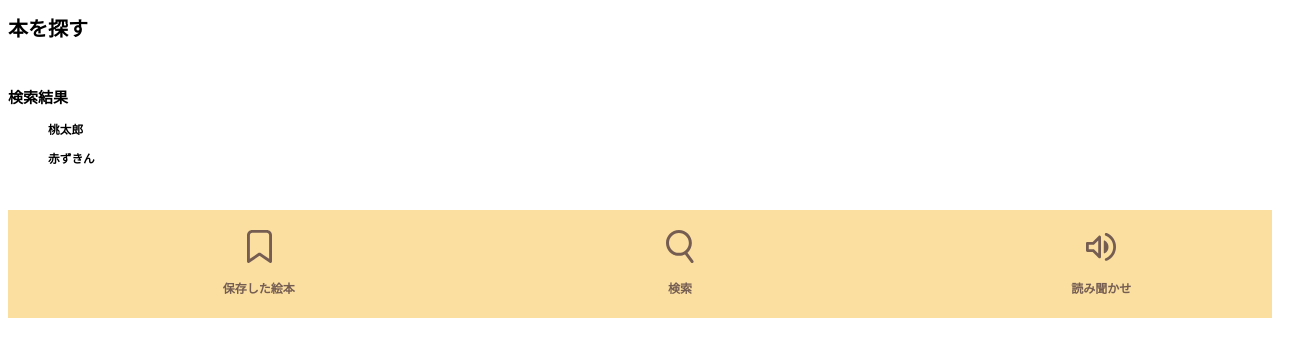
Repository: kmii12/2024-teampj
Page: /result
These files come from the project's save history. The page is drawn as it stood at one moment and after a run of saves; the edit follows.
The browser window is 1280 px wide. The page is 1312 px wide, so the pictures cover 1312 px, including what lies to the right of the window. The pictures show the whole page.
Some web fonts or font styles are not loaded; a fallback is used. The project was rebuilt for these pictures with package versions that can differ from the ones it lists, and the page was loaded fresh each time. The framework's server and built-in components were replaced by stand-ins that run in the browser. Also part of the build but not shown: next.config.mjs.

Above is the page before, as saved 2024-10-23 09:58:41.

### src/app/result/page.tsx
"use client";

import Link from "next/link";
import styles from "./Result.module.scss";
import { usePathname } from "next/navigation";

export default function Result() {
  const pathname = usePathname();

  //ダミーデータ（あとからfirebaseから取得）
  const ResultDatas = [
    {
      id: 1,
      title: "桃太郎",
      writer: "不明",
      illustrator: "不明",
      livingThing: ["人間", "陸の生き物", "空の生き物"],
      mainCharacter: "桃太郎",
      character: [
        "桃太郎",
        "犬",
        "猿",
        "キジ",
        "鬼",
        "おじいさん",
        "おばあさん",
      ],
      genre: "昔話",
      location: "日本",
      hue: "不明",
      atmosphere: "",
      season: "不明",
    },
    {
      id: 2,
      title: "赤ずきん",
      writer: "不明",
      illustrator: "不明",
      livingThing: ["人間", "陸の生き物", "空の生き物"],
      mainCharacter: "赤ずきん",
      character: ["赤ずきん", "おばあさん", "オオカミ"],
      hue: "不明",
      atmosphere: ["かわいい", "怖い"],
      genre: "昔話",
      location: "海外",
      season: "不明",
    },
  ];
  return (
    <>
      <h1>本を探す</h1>

      <div className={styles.resultContainer}>
        <h2 className="resultTitle">検索結果</h2>
        <ul className={styles.resultList}>
          {ResultDatas.map((result) => (
            <li key={result.id} className={styles.resultListItem}>
              <h3 className="title">{result.title}</h3>
            </li>
          ))}
        </ul>
      </div>
    </>
  );
}

### src/app/globals.css
html {
  font-size: 62.5%;
}

body {
  font-family: "Zen Maru Gothic", serif;
}

a {
  color: inherit;
  text-decoration: none;
}

li {
  list-style-type: none;
}

### src/app/components/Footer.tsx
"use client";

import Link from "next/link";
import styles from "./Footer.module.scss";
import { usePathname } from "next/navigation";

export default function Footer() {
  const pathname = usePathname();

  return (
    <footer className={styles.footer}>
      <nav>
        <ul>
          <li>
            <Link
              href="/saved"
              className={pathname === "/saved" ? styles.active : ""}
            >
              <svg
                xmlns="http://www.w3.org/2000/svg"
                width="40"
                height="40"
                viewBox="0 0 40 40"
                fill="none"
              >
                <path
                  d="M31.5577 36C31.2643 35.9944 30.9782 35.9096 30.7308 35.7549L20.5 28.7589L10.2692 35.7549C10.0433 35.8898 9.78379 35.9611 9.51923 35.9611C9.25467 35.9611 8.99521 35.8898 8.76923 35.7549C8.54791 35.643 8.3604 35.4762 8.22542 35.271C8.09043 35.0658 8.01271 34.8295 8 34.5857V8.18571C8 6.81038 8.55718 5.49137 9.54895 4.51886C10.5407 3.54635 11.8859 3 13.2885 3H27.7115C29.1141 3 30.4593 3.54635 31.451 4.51886C32.4428 5.49137 33 6.81038 33 8.18571V34.5857C33.001 34.8425 32.9297 35.0945 32.7939 35.3141C32.6582 35.5337 32.4633 35.7123 32.2308 35.8303C32.0245 35.9413 31.793 35.9996 31.5577 36ZM20.5 25.6286C20.7947 25.6255 21.0833 25.7111 21.3269 25.8737L30.1154 31.8703V8.18571C30.1154 7.56056 29.8621 6.96101 29.4113 6.51896C28.9605 6.07691 28.3491 5.82857 27.7115 5.82857H13.2885C12.6509 5.82857 12.0395 6.07691 11.5887 6.51896C11.1379 6.96101 10.8846 7.56056 10.8846 8.18571V31.8703L19.6731 25.8737C19.9167 25.7111 20.2053 25.6255 20.5 25.6286Z"
                  fill={pathname === "/saved" ? "#c96868" : "#755D52"}
                />
              </svg>
              <p
                style={{
                  color: pathname === "/saved" ? "#c96868" : "#755D52",
                }}
              >
                保存した絵本
              </p>
            </Link>
          </li>
          <li>
            <Link href="/" className={pathname === "/" ? styles.active : ""}>
              <svg
                xmlns="http://www.w3.org/2000/svg"
                width="40"
                height="40"
                viewBox="0 0 40 40"
                fill="none"
              >
                <path
                  fillRule="evenodd"
                  clipRule="evenodd"
                  d="M18.9346 25.8692C24.4214 25.8692 28.8692 21.4214 28.8692 15.9346C28.8692 10.4479 24.4214 6 18.9346 6C13.4479 6 9 10.4479 9 15.9346C9 21.4214 13.4479 25.8692 18.9346 25.8692ZM18.9346 28.8692C26.0782 28.8692 31.8692 23.0782 31.8692 15.9346C31.8692 8.79103 26.0782 3 18.9346 3C11.791 3 6 8.79103 6 15.9346C6 23.0782 11.791 28.8692 18.9346 28.8692Z"
                  fill={pathname === "/" ? "#c96868" : "#755D52"}
                />
                <path
                  fillRule="evenodd"
                  clipRule="evenodd"
                  d="M33.0447 35.7533C32.3807 36.2486 31.4408 36.1119 30.9455 35.4479L25.0052 27.4848C24.5099 26.8208 24.6466 25.881 25.3106 25.3856C25.9746 24.8903 26.9145 25.027 27.4098 25.691L33.3501 33.6541C33.8455 34.3181 33.7087 35.2579 33.0447 35.7533Z"
                  fill={pathname === "/" ? "#c96868" : "#755D52"}
                />
              </svg>
              <p
                style={{
                  color: pathname === "/" ? "#c96868" : "#755D52",
                }}
              >
                検索
              </p>
            </Link>
          </li>
          <li>
            <Link
              href="/read"
              className={pathname === "/read" ? styles.active : ""}
            >
              <svg
                xmlns="http://www.w3.org/2000/svg"
                width="40"
                height="40"
                viewBox="0 0 40 40"
                fill="none"
              >
                <path
                  d="M32.2221 19.8994C32.2221 17.3902 31.5324 15.124 30.1529 13.1006C28.7732 11.0776 26.9538 9.59382 24.6946 8.64937C24.3335 8.49187 24.0742 8.24423 23.9167 7.90646C23.7592 7.5684 23.7499 7.22812 23.8888 6.88562C24.0371 6.51507 24.2987 6.25576 24.6737 6.10771C25.0487 5.95965 25.4307 5.96424 25.8196 6.12146C28.5879 7.27896 30.8101 9.10076 32.4862 11.5869C34.1621 14.073 35 16.8438 35 19.8994C35 22.9549 34.1621 25.7258 32.4862 28.2119C30.8101 30.698 28.5879 32.5198 25.8196 33.6773C25.4307 33.8345 25.0487 33.8391 24.6737 33.691C24.2987 33.543 24.0371 33.2837 23.8888 32.9131C23.7499 32.5706 23.7592 32.2303 23.9167 31.8923C24.0742 31.5545 24.3335 31.3069 24.6946 31.1494C26.9538 30.2049 28.7732 28.7212 30.1529 26.6981C31.5324 24.6748 32.2221 22.4085 32.2221 19.8994ZM11.6667 24.941H6.38875C5.99069 24.941 5.65972 24.8091 5.39583 24.5452C5.13194 24.2813 5 23.9503 5 23.5523V16.3298C5 15.9317 5.13194 15.6008 5.39583 15.3369C5.65972 15.073 5.99069 14.941 6.38875 14.941H11.6667L17.6388 8.96896C18.074 8.53368 18.5764 8.4341 19.1458 8.67021C19.7153 8.90632 20 9.33451 20 9.95479V29.9273C20 30.5476 19.7153 30.9758 19.1458 31.2119C18.5764 31.448 18.074 31.3484 17.6388 30.9131L11.6667 24.941ZM27.5 19.941C27.5 21.293 27.1713 22.5315 26.5138 23.6565C25.8565 24.7815 24.9492 25.6587 23.7917 26.2881C23.5508 26.4178 23.3217 26.4109 23.1042 26.2673C22.8867 26.124 22.7779 25.9226 22.7779 25.6631V14.1631C22.7779 13.904 22.8867 13.7026 23.1042 13.559C23.3217 13.4156 23.5508 13.4087 23.7917 13.5381C24.9492 14.177 25.8565 15.0706 26.5138 16.219C27.1713 17.367 27.5 18.6077 27.5 19.941ZM17.2221 13.5244L12.8887 17.719H7.77792V22.1631H12.8887L17.2221 26.3856V13.5244Z"
                  fill={pathname === "/read" ? "#c96868" : "#755D52"}
                />
              </svg>
              <p
                style={{
                  color: pathname === "/read" ? "#c96868" : "#755D52",
                }}
              >
                読み聞かせ
              </p>
            </Link>
          </li>
        </ul>
      </nav>
    </footer>
  );
}

### src/app/result/Result.module.scss
@import "../styles/variables.scss";

.resultContainer {
  margin: 44px 0; //resultPage全ての上下の余白
  // border: 1px solid #000;

  .resultTitle {
    text-align: center;
  }
}

### src/app/components/Footer.module.scss
@import "../styles/variables.scss";

.footer {
  width: 100%;
  height: 14vh;
  padding-top: 1vh;
  background-color: $main;
  nav {
    width: inherit;
    height: inherit;
    ul {
      width: inherit;
      height: auto;
      display: flex;
      justify-content: space-around;
      align-items: center;
      li {
        width: calc(100% / 3);
        a {
          display: flex;
          flex-direction: column;
          justify-content: center;
          align-items: center;
          p {
            font-size: 1.2rem;
            font-weight: bold;
          }
        }
      }
    }
  }
}

### src/app/styles/variables.scss
// sassでカラーを使用するとき用

// 使用するファイルで最初に下記を記述
// コンポーネント用 → @import "../styles/variables.scss";
// ページ用 → @import "./styles/variables.scss";

$base: #fff4ea;
$main: #fadfa1;
$sub: #c96868;
$accent: #7eacb5;
$text: #755d52;

Loaded but not shown: src/app/layout.tsx (common file)

After the next 2 saves:
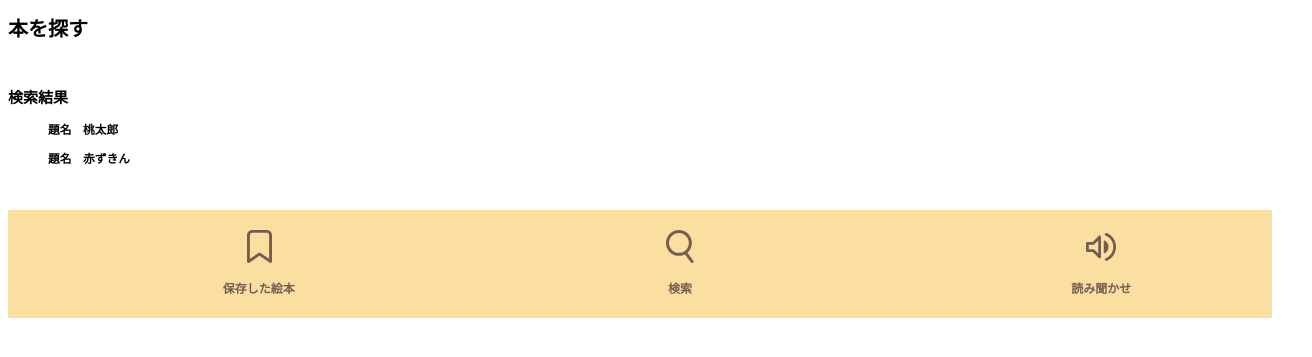
The 2 saves are shown as one change because they came seconds apart.
The last was saved 35 s later.
--- a/src/app/result/page.tsx
+++ b/src/app/result/page.tsx
@@ -55,7 +55,7 @@ export default function Result() {
         <ul className={styles.resultList}>
           {ResultDatas.map((result) => (
             <li key={result.id} className={styles.resultListItem}>
-              <h3 className="title">{result.title}</h3>
+              <h3 className="title">題名　{result.title}</h3>
             </li>
           ))}
         </ul>
